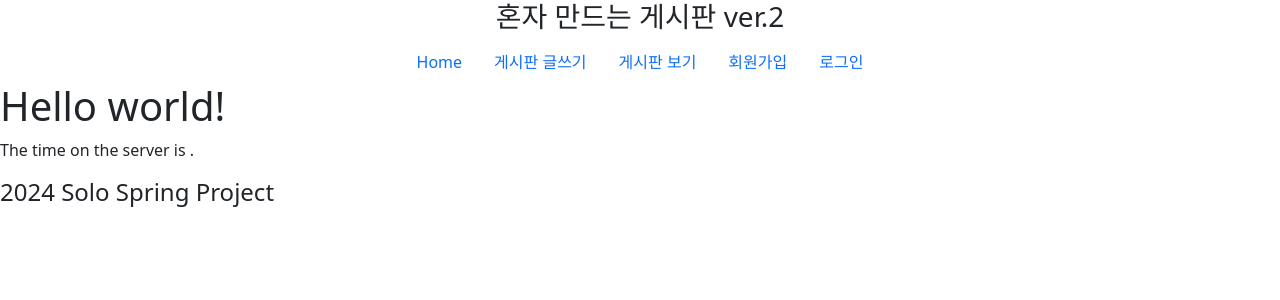
Repository: nefer2/Spring_test
Page: http://localhost/spring_test7/WEB-INF/views/index.jsp
The author's editor kept a copy of each file at every save. The page is drawn from the files as they stood at one save, then again after the next save.
The browser window is 1280 px wide. The pictures show the whole page.
The page is served by Tomcat 9. Nobody is signed in. Other server files are loaded and not shown. The template is opened directly, without the code that normally fills it, so the values that code supplies are empty.

Above is the page before, as saved 2024-01-17 02:07:42.

### spring_test7/src/main/webapp/WEB-INF/views/index.jsp
<%@ page language="java" contentType="text/html; charset=UTF-8"
    pageEncoding="UTF-8"%>
<%@ page session="true" %>

<jsp:include page="./layout/header.jsp"></jsp:include>
<jsp:include page="./layout/navbar.jsp"></jsp:include>


<body>
<h1>
	Hello world!
</h1>

<P>  The time on the server is ${serverTime}. </P>

</body>


<jsp:include page="./layout/footer.jsp"></jsp:include>

### spring_test7/src/main/webapp/WEB-INF/views/layout/header.jsp
<%@ page language="java" contentType="text/html; charset=UTF-8"
    pageEncoding="UTF-8"%>
<!DOCTYPE html>
<html>
<head>
<h3 style="text-align: center;">혼자 만드는 게시판 ver.2</h3>
</head>

### spring_test7/src/main/webapp/WEB-INF/views/layout/navbar.jsp
<%@ page language="java" contentType="text/html; charset=UTF-8"
    pageEncoding="UTF-8"%>


<script src="https://cdn.jsdelivr.net/npm/bootstrap@5.3.1/dist/js/bootstrap.bundle.min.js" integrity="sha384-HwwvtgBNo3bZJJLYd8oVXjrBZt8cqVSpeBNS5n7C8IVInixGAoxmnlMuBnhbgrkm" crossorigin="anonymous"></script>
<link href="https://cdn.jsdelivr.net/npm/bootstrap@5.3.1/dist/css/bootstrap.min.css" rel="stylesheet" integrity="sha384-4bw+/aepP/YC94hEpVNVgiZdgIC5+VKNBQNGCHeKRQN+PtmoHDEXuppvnDJzQIu9" crossorigin="anonymous">


<ul class="nav justify-content-center">

  <li class="nav-item">
    <a class="nav-link active" aria-current="page" href="/">Home</a>
  </li>
  <li class="nav-item">
    <a class="nav-link" href="#">게시판 글쓰기</a>
  </li>
  <li class="nav-item">
    <a class="nav-link" href="#">게시판 보기</a>
  </li>
    <li class="nav-item">
    <a class="nav-link" href="#">회원가입</a>
  </li>
    <li class="nav-item">
    <a class="nav-link" href="#">로그인</a>
  </li>
</ul>

### spring_test7/src/main/webapp/WEB-INF/views/layout/footer.jsp
<%@ page language="java" contentType="text/html; charset=UTF-8"
    pageEncoding="UTF-8"%>




<div><h4>2024 Solo Spring Project</h4></div>

</body>
</html>

After the next save:
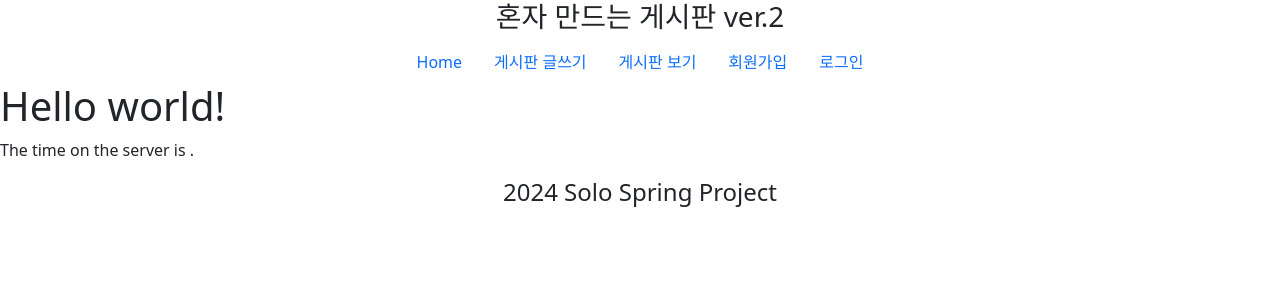
Saved 42 s later.
--- a/spring_test7/src/main/webapp/WEB-INF/views/layout/footer.jsp
+++ b/spring_test7/src/main/webapp/WEB-INF/views/layout/footer.jsp
@@ -4,7 +4,7 @@
 
 
 
-<div><h4>2024 Solo Spring Project</h4></div>
+<div><h4 style="text-align: center;">2024 Solo Spring Project</h4></div>
 
 </body>
 </html>
